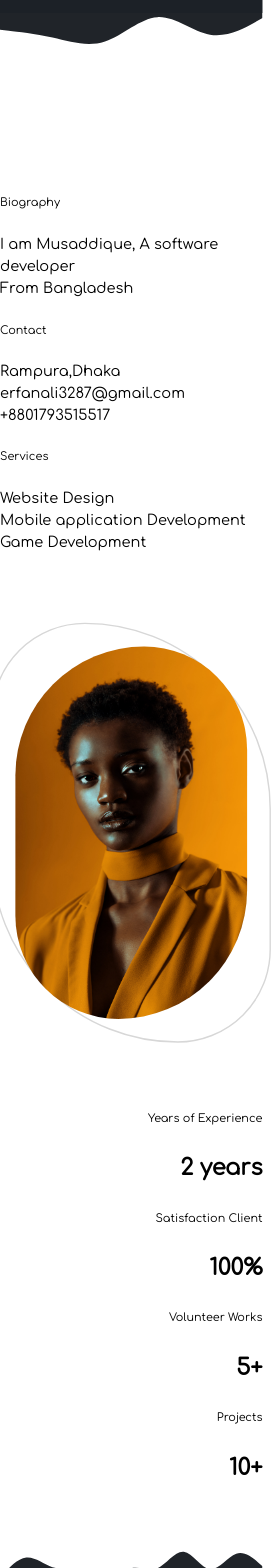
Repository: MMALI3287/Resume
Page: index.html
These files come from the project's save history. The page is drawn as it stood at one moment and after the next save; the edit follows.
The browser window is 375 px wide. The page is 387 px wide, then 375 px, so the pictures cover 387 px, including what lies to the right of the window. The pictures show the part of the page from y = 781 to 3021 px (the page is 11842 px tall before and 11745 px after), at 70% of full size.
Some web libraries are served in a nearby version.

Above is the page before, as saved 2023-07-16 02:53:00.

After the next save:
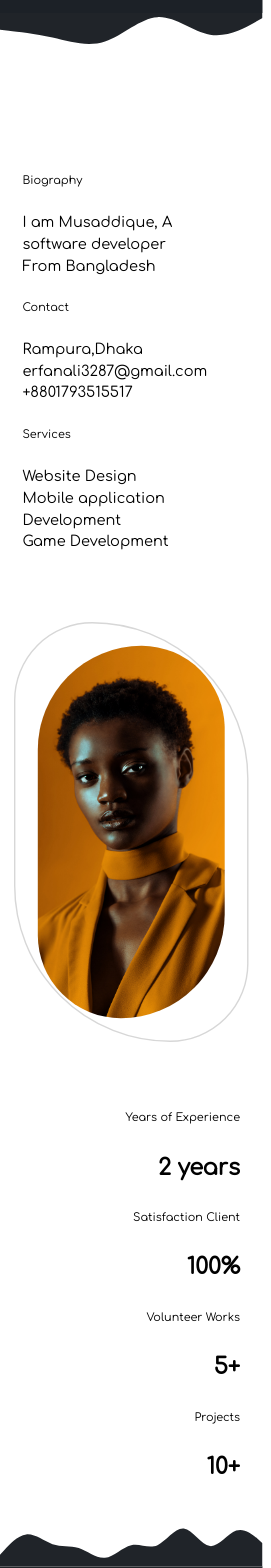
Saved 6 s later.
--- a/css/style.css
+++ b/css/style.css
@@ -531,7 +531,7 @@
   }
 
   #portfolio {
-    padding: 2rem 0;
+    padding: 0 2rem;
   }
 
   .capbord {
